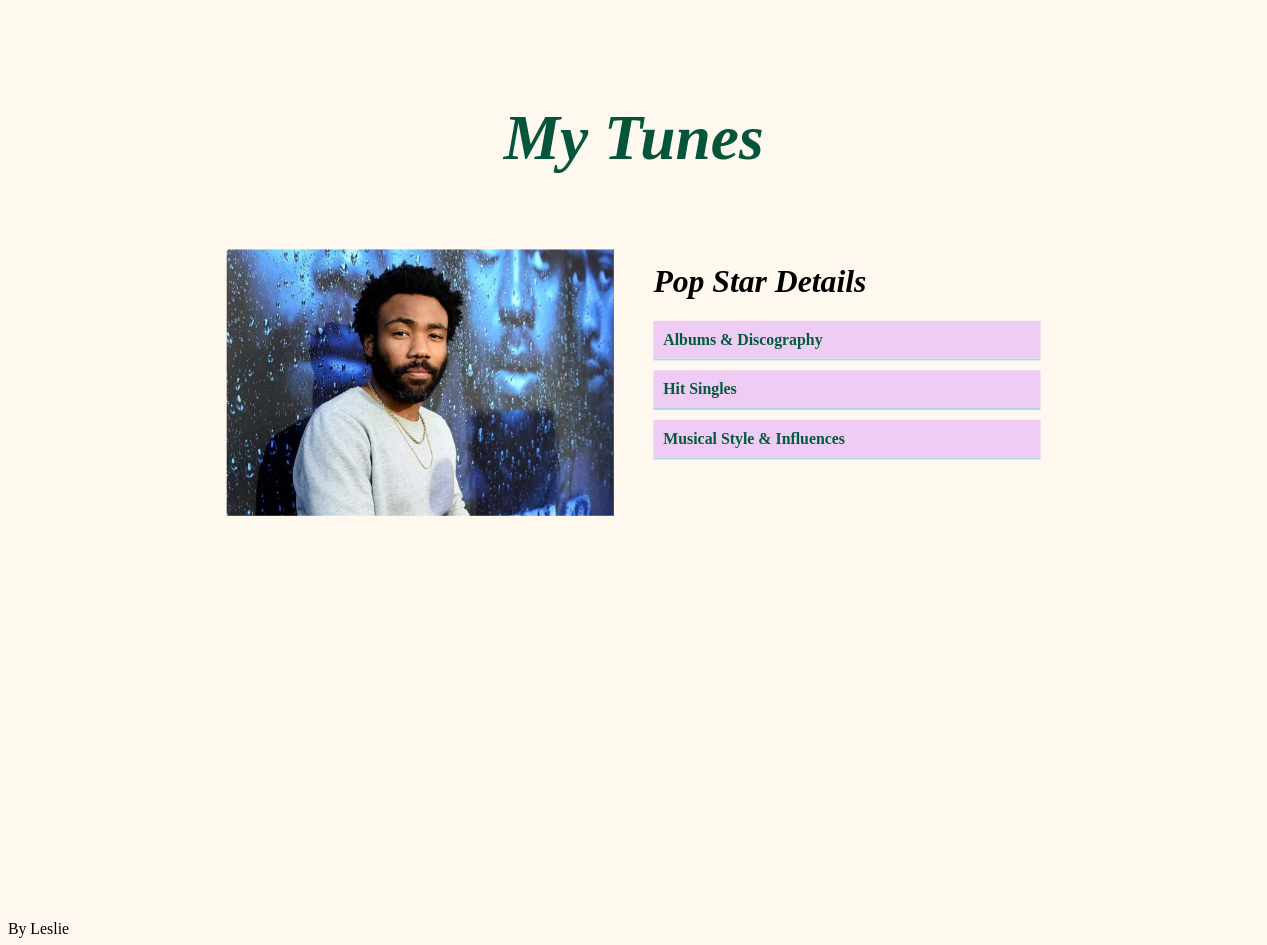
Repository: leslie179/labOne
Page: /
The author's editor kept a copy of each file at every save. The page is drawn from the files as they stood at one save, then again after the next save.
The browser window is 1280 px wide. The pictures show the whole page, at 99% of full size.
The project was rebuilt for these pictures with package versions that can differ from the ones it lists, and the page was loaded fresh each time. The framework's server and built-in components were replaced by stand-ins that run in the browser. Also part of the build but not shown: next.config.js, components/Footer/Footer.module.css.

Above is the page before, as saved 2024-09-15 22:46:25.

### pages/index.js
import Head from 'next/head'
import styles from '@/styles/Home.module.css'
import Footer from '@/components/Footer'
import Header from '@/components/Header'
import LeftComponent from '@/components/LeftComponent'
import RightComponent from '@/components/RightComponent'

export default function Home() {
  return (
    <>
      <Head>
        <title>Create Next App</title>
        <meta name="description" content="Generated by create next app" />
        <meta name="viewport" content="width=device-width, initial-scale=1" />
        <link rel="icon" href="/favicon.ico" />
      </Head>
      <Header/>
      <main className={`${styles.main}`}>
      <div className={styles.container}>
      <div className={styles.left}>
                <LeftComponent />
            </div>
            <div className={styles.right}>
              <h1 className={styles.h1}>Pop Star Details</h1>
                <RightComponent />
            </div>
            </div>
      </main>
      <Footer/>
    </>
  )
}

### styles/globals.css
:root {
  background-color: rgb(255, 248, 239);

}

a {
  color: inherit;
  text-decoration: none;

}

### styles/Home.module.css
.main {
  display: flex;
  flex-direction: column;
  justify-content: space-between;
  align-items: center;
  padding: 1rem;
  min-height: 20vh;
}

.container {
  display: flex;
  width: 70%;
  height: 100vh;

}

.left, .right {
  width: 50%;
  padding: 20px;
  box-sizing: border-box;
}



.h1{
  padding-top: 8%;
  font-style: italic;
}

### components/Footer/index.js
import styles from "./Footer.module.css"

export default function Footer() {
    return(
        <footer className={styles.Footer}>
            By Leslie
        </footer>
    )
}

### components/Header/index.js
import styles from './Header.module.css';


export default function Header() {
    return (
        <header className={styles.header}>
            <h1>My Tunes</h1>
        </header>
    );
}

### components/LeftComponent/index.js
import styles from './LeftComponent.module.css';

export default function LeftComponent() {
    return (
        <div>
            <img src="childish_icon.jpg" alt="Childish Icon" className={styles.image} />
        </div>
    );
}

### components/RightComponent/index.js
import { useState } from 'react';
import styles from './RightComponent.module.css';

export default function RightComponent() {
    const [activeIndex, setActiveIndex] = useState(null);

    const toggleAccordion = (index) => {
        setActiveIndex(activeIndex === index ? null : index);
    };

    const categories = [
        {
            title: 'Albums & Discography',
            content: '"Camp" \n"Because the Internet" \n"Awaken, My Love!"'
        },
        {
            title: 'Hit Singles',
            content: '"3005"\n "Redbone"\n "This Is America" which won Grammys for its cultural impact.'
        },
        {
            title: 'Musical Style & Influences',
            content: 'Blend of hip hop, soul, funk, and rock, drawing influence from Prince, OutKast, and more.'
        }
    ];

    return (
        <div className={styles.accordion}>
            {categories.map((category, index) => (
                <div key={index} className={styles.item}>
                    <div className={styles.title} onClick={() => toggleAccordion(index)}>
                        {category.title}
                    </div>
                    <div className={`${styles.content} ${activeIndex === index ? styles.show : ''}`}>
                        <p>{category.content.split('\n').map((line, i) => (
                            <span key={i}>{line}<br /></span>
                        ))}</p>
                    </div>
                </div>
            ))}
        </div>
    );
}

### components/Header/Header.module.css
.header {
    text-align: center;
    padding-top: 7.5%;
  }

  .header h1 {
    margin: 0;
    padding: 0;
    font-size: 4rem;
    font-style: italic;
    color: rgb(4, 85, 58);
  }

### components/LeftComponent/LeftComponent.module.css
.left {
    width: 50%;
    background-color: lightgray;
    padding: 20px;
    box-sizing: border-box;
    height: 100vh;
    float: left;
}

.image{
    width: 100%;
    padding-top: 10%;
}

### components/RightComponent/RightComponent.module.css
.right {
    width: 50%;
    padding: 20px;

    box-sizing: border-box;
    height: 100vh;
    float: right;
}


.item {
    border-bottom: 2.5px solid lightblue;
    margin-bottom: 10px;
}

.title {
    cursor: pointer;
    padding: 10px;
    background-color: #eeccf4;
    color: rgb(3, 91, 62);
    font-weight: bold;
}

.content {
    max-height: 0;
    overflow: hidden;
    transition: max-height 0.3s ease-out;
}

.show {
    max-height: 100px;
}

Loaded but not shown: pages/_app.js (common file); pages/_document.js (common file)

After the next save:
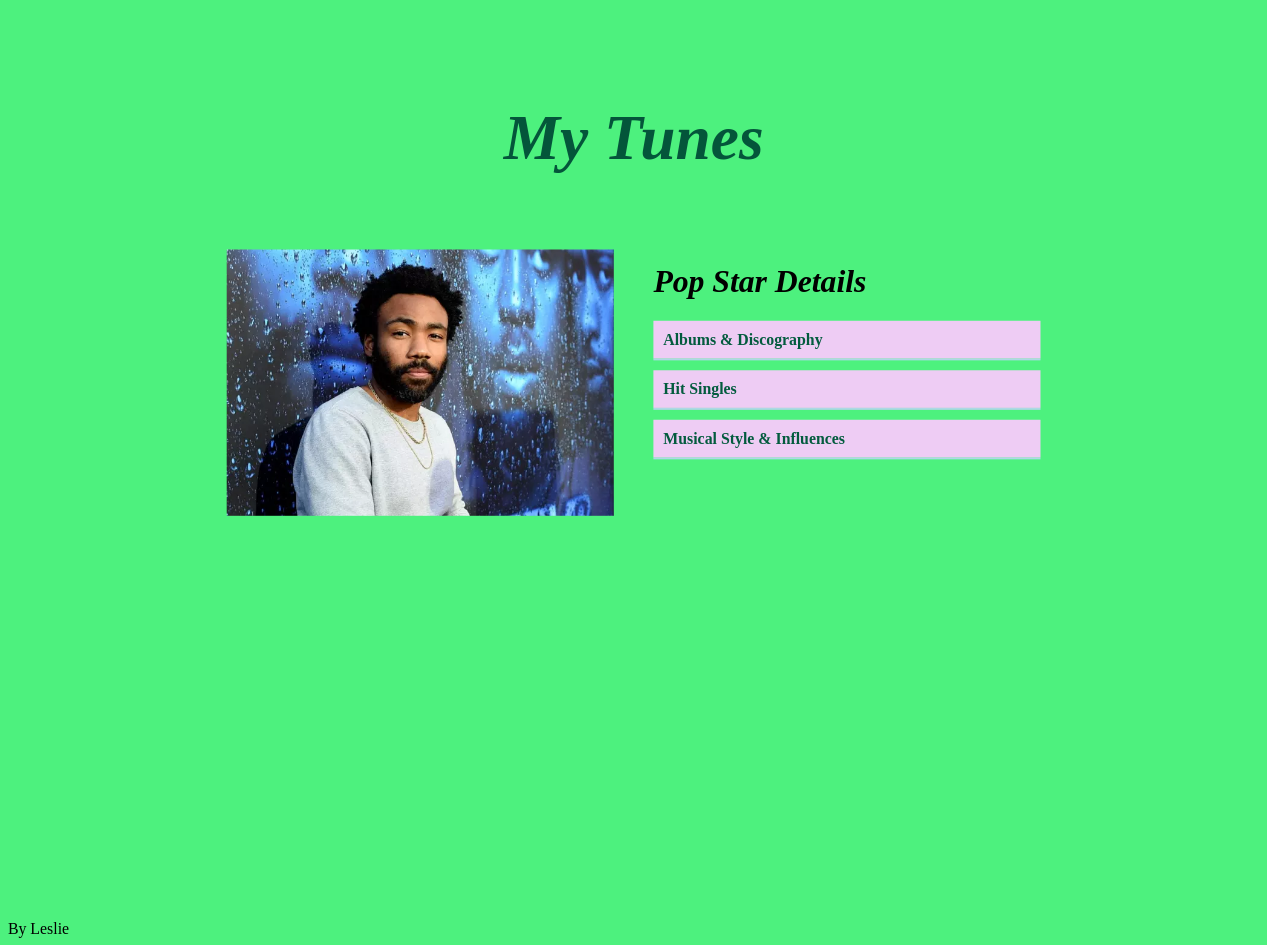
Saved 5 s later.
--- a/styles/globals.css
+++ b/styles/globals.css
@@ -1,5 +1,5 @@
 :root {
-  background-color: rgb(255, 248, 239);
+  background-color: rgb(77, 241, 126);
 
 }
 
